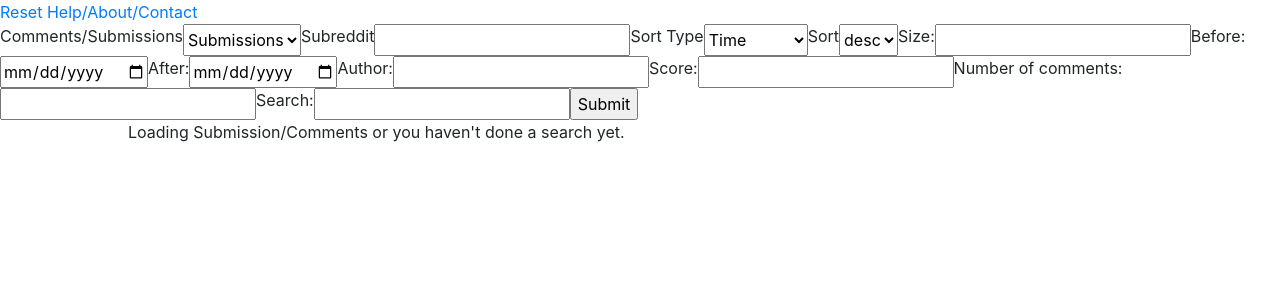
Repository: ihsoyCT/ctarchive
Page: dist/index.html
These files come from the project's save history. The page is drawn as it stood at one moment and after the next save; the edit follows.
The browser window is 1280 px wide. The pictures show the whole page.

Above is the page before, as saved 2022-05-03 17:15:27.

### dist/index.html
<!DOCTYPE html>
<html>
  <head>
    <title>Reddit Archive</title>
    <style>
      .children {
        margin-left: 20px;
      }
      .score {
        margin-top: auto;
        margin-bottom: auto; /* width: 20px; */
        padding-left: 8px; /* align-items: center; */ /* justify-content: center; */ /* align-self: center; */
        width: 2%;
      }

      .submissionclass {
        height: auto;
        background-color: lightgray;
        margin: 20px 0px 20px 0px;
        display: flex;
      }

      .main {
        margin-left: 10px;
      }

      .thumbnail {
        /* FLOAT: right; */
        margin-left: auto;
      }

      div#content {
        width: 80%;
        margin: auto;
      }

      #submission a {
        font-size: 10px;
      }

      #submission .post a {
        font-size: 1rem;
      }

      #orhans {
        background-color: red;
      }

      .posted {
        font-size: 10px;
      }
      .thumbnail img {
        max-width: 400px;
      }
      h3 {
        margin: 0;
      }
      p.comment_title {
        font-size: 10px;
      }

      .post {
        background-color: lightgrey;
        border: solid;
        border-width: 1px;
        margin-bottom: 5px;
        font-size: 1rem;
      }

      .post_highlight {
        background-color: rgb(87, 131, 87);
        border: solid;
        border-width: 1px;
        margin-bottom: 5px;
        font-size: 1rem;
      }

      .searchFlex {
        display: flex;
        flex-wrap: wrap;
      }
      .break {
        flex-basis: 100%;
        height: 0;
      }
    </style>
    <link
      rel="stylesheet"
      href="https://stackpath.bootstrapcdn.com/bootstrap/4.5.0/css/bootstrap.min.css"
      integrity="sha384-9aIt2nRpC12Uk9gS9baDl411NQApFmC26EwAOH8WgZl5MYYxFfc+NcPb1dKGj7Sk"
      crossorigin="anonymous"
    />
    <script
      src="https://code.jquery.com/jquery-3.5.1.slim.min.js"
      integrity="sha384-DfXdz2htPH0lsSSs5nCTpuj/zy4C+OGpamoFVy38MVBnE+IbbVYUew+OrCXaRkfj"
      crossorigin="anonymous"
    ></script>
    <script
      src="https://cdn.jsdelivr.net/npm/popper.js@1.16.0/dist/umd/popper.min.js"
      integrity="sha384-Q6E9RHvbIyZFJoft+2mJbHaEWldlvI9IOYy5n3zV9zzTtmI3UksdQRVvoxMfooAo"
      crossorigin="anonymous"
    ></script>
    <script
      src="https://stackpath.bootstrapcdn.com/bootstrap/4.5.0/js/bootstrap.min.js"
      integrity="sha384-OgVRvuATP1z7JjHLkuOU7Xw704+h835Lr+6QL9UvYjZE3Ipu6Tp75j7Bh/kR0JKI"
      crossorigin="anonymous"
    ></script>
  </head>
  <div class="error" id="error"></div>
  <div class="left">
    <a href="./index.html" id="back">Reset</a>
    <a href="./about.html" id="back">Help/About/Contact</a>
    <div id="searchform">
      <form id="search_form">
        <div class="searchFlex">
          <label for="mode">Comments/Submissions</label>
          <select id="mode" name="mode">
            <option value="submissions">Submissions</option>
            <option value="comments">Comments</option>
          </select>
          <label for="subreddit"> Subreddit </label>
          <input type="text" name="subreddit" id="subreddit" />
          <label for="sort_type">Sort Type</label>
          <select name="sort_type" id="sort_type">
            <option value="created_utc">Time</option>
            <option value="score">Score</option>
            <option value="num_comments">Comments</option>
          </select>
          <label for="sort">Sort</label>
          <select name="sort" id="sort">
            <option value="desc">desc</option>
            <option value="asc">asc</option>
          </select>
          <label for="size">Size:</label
          ><input type="text" name="size" id="size" />
          <label for="before">Before:</label>
          <input type="date" name="before" id="before" />
          <label for="after">After:</label>
          <input type="date" name="after" id="after" />
          <label for="author">Author:</label>
          <input type="text" name="author" id="author" />
          <label for="score">Score:</label>
          <input type="text" name="score" id="score" />
          <label for="num_comments">Number of comments:</label>
          <input type="text" name="num_comments" id="num_comments" />
          <label for="q">Search:</label>
          <input type="text" name="q" id="q" />
          <input type="submit" />
        </div>
      </form>
    </div>
  </div>
  <div id="status"></div>
  <div id="content"></div>
  <div id="orphans"></div>
  <body>
    <script src="index.js"></script>
  </body>
</html>

Loaded but not shown: dist/index.js (library)

After the next save:
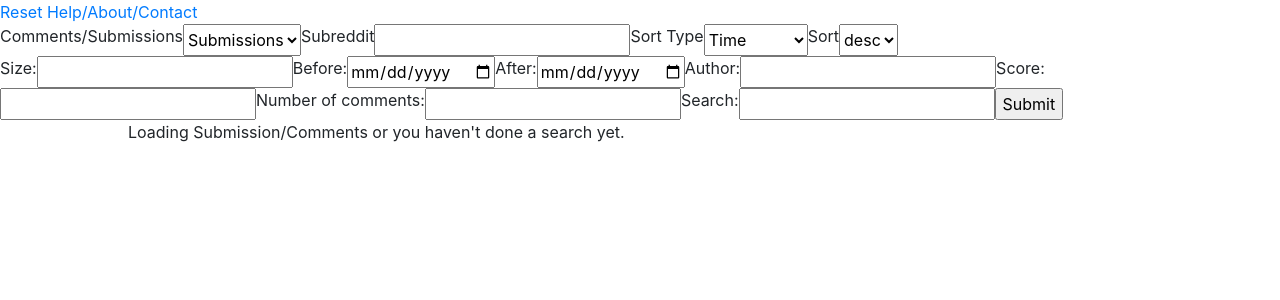
Saved 22 s later.
--- a/dist/index.html
+++ b/dist/index.html
@@ -131,6 +131,7 @@
             <option value="desc">desc</option>
             <option value="asc">asc</option>
           </select>
+          <div class="break"></div>
           <label for="size">Size:</label
           ><input type="text" name="size" id="size" />
           <label for="before">Before:</label>
